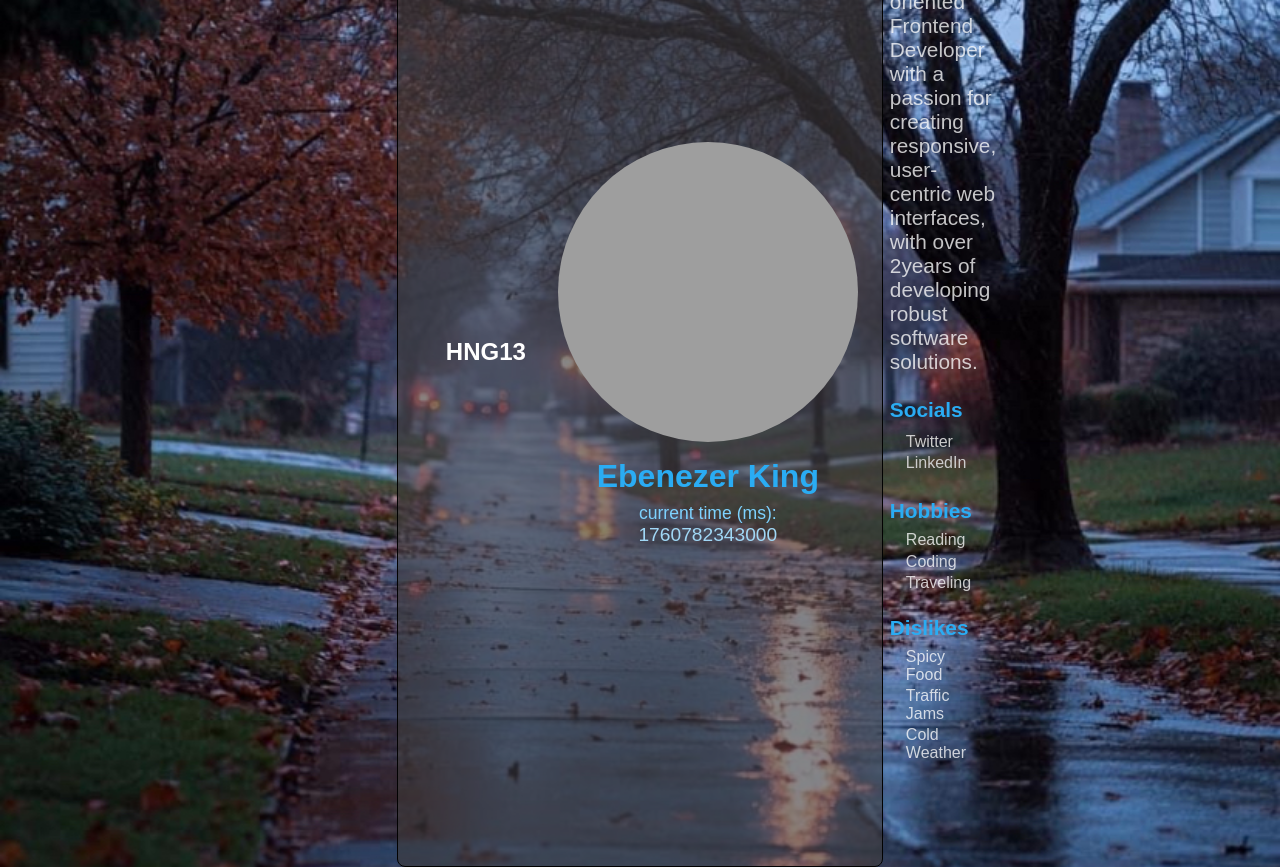
Repository: ebenezertiewei/profileCard
Page: index.html
An editor plug-in stored every save of this project. The page is shown before and after a run of saves, followed by the edit.
The browser window is 1280 px wide. The pictures show the whole page.
Pictures or frames that could not be fetched are drawn as grey boxes.

Above is the page before, as saved 2025-10-18 12:13:08.

### index.html
<!DOCTYPE html>
<html lang="en">
	<head>
		<meta charset="UTF-8" />
		<meta name="viewport" content="width=device-width, initial-scale=1.0" />
		<title>Profile Card</title>
		<link rel="stylesheet" href="style.css" />
	</head>
	<body>
		<!--------------------------------- PROFILE CARD CONTAINER ---------------------------->
		<article data-testid="test-profile-card">
			<h1>HNG13</h1>
			<!---------------------------------- PROFILE HEADER ---------------------------->
			<section id="profileHeader" data-testid="test-profile-header">
				<figure>
					<img
						src="https://ca.slack-edge.com/T09AMR8A9C3-U09L73CQQ2K-7e805defcf15-512"
						alt="Profile Avatar"
						data-testid="test-user-avatar"
						id="profileAvatar"
					/>
					<!-- <figcaption>Ebenezer King</figcaption> -->
				</figure>
				<!----------- user name ----------->
				<h2 data-testid="test-user-name">Ebenezer King</h2>
				<!----------- current time----------->
				<span data-testid="test-user-time-header" class="time-header">
					current time (ms):
					<p data-testid="test-user-time"></p>
				</span>
			</section>
			<!---------------------------------- PROFILE DETAILS ---------------------------->
			<section id="profileDetails" data-testid="test-profile-details">
				<h3 data-testid="test-user-bio-header" class="bio-header">Bio</h3>
				<p data-testid="test-user-bio">
					A detail-oriented Frontend Developer with a passion for creating
					responsive, user-centric web interfaces, with over 2years of
					developing robust software solutions.
				</p>
				<!--------------------- social links ------------->
				<h3
					data-testid="test-user-social-links-header"
					class="social-links-header"
				>
					Socials
				</h3>
				<nav data-testid="test-user-social-links">
					<ul>
						<li>
							<a
								href="https://x.com/txch_king?s=11&t=o3w1r65yzU2hxbP-LDD1ug"
								target="_blank"
								rel="noopener noreferrer"
								data-testid="test-user-social-twitter"
							>
								Twitter
							</a>
						</li>
						<li>
							<a
								href="https://www.linkedin.com/in/ebenezer-t-093b21320/"
								target="_blank"
								rel="noopener noreferrer"
								data-testid="test-user-social-linkedin"
							>
								LinkedIn
							</a>
						</li>
					</ul>
				</nav>
				<!--------------------- hobbies ------------->
				<section data-testid="test-user-hobbies">
					<h3 data-testid="test-user-hobbies-header" class="hobbies-header">
						Hobbies
					</h3>
					<ul>
						<li>Reading</li>
						<li>Coding</li>
						<li>Traveling</li>
					</ul>
				</section>
				<!--------------------- dislikes ------------->
				<section data-testid="test-user-dislikes">
					<h3 data-testid="test-user-dislikes-header" class="dislikes-header">
						Dislikes
					</h3>
					<ul>
						<li>Spicy Food</li>
						<li>Traffic Jams</li>
						<li>Cold Weather</li>
					</ul>
				</section>
			</section>
		</article>

		<!-- javascript link -->
		<script src="script.js"></script>
	</body>
</html>

### style.css
/* ---------------------------------------------------------------- */
/*--------------- Project body general style ---------------*/
html {
	width: 100dvw;
	font-family: Arial, sans-serif;
	font-size: 1rem;
	font-weight: 400;
}
body {
	background-color: #605a5a;
	background-image: url("./assets/states.jpg");
	background-size: cover;
	background-position: center;
	background-repeat: no-repeat;
	/* height: 100%; */
	width: 100%;
}
* {
	padding: 0;
	margin: 0;
	border: 0;
	box-sizing: border-box;
	outline: none;
}

/*--------------------------MOBILE WORKFLOW---------------------*/
/*--------------profile card container -------------------*/
article[data-testid="test-profile-card"] {
	/* height: 100%; */
	width: 100%;
	padding: 3rem 1rem;
	background-color: rgba(61, 58, 58, 0.6);
	color: rgba(255, 255, 255, 0.761);
	display: flex;
	flex-direction: column;
	align-items: center;
	border: 1px solid #020202;
	border-radius: 8px;
	box-shadow: 0 2px 4px rgba(0, 0, 0, 0.1);
}

h1 {
	color: #fff;
	text-align: center;
	margin-bottom: 1rem;
}

/*-------------  PROFILE HEADER  -------------*/
#profileHeader {
	width: 100%;
	display: flex;
	flex-direction: column;
	padding: 1rem 0;
	/* background-color: orange; */
}
#profileHeader figure {
	display: flex;
	flex-direction: column;
	align-items: center;
	margin-bottom: 0.5rem;
}
/*------------- profile header image -------------*/
#profileHeader img {
	border-radius: 50%;
	width: 300px;
	height: 300px;
	object-fit: cover;
}
#avatarUpload::file-selector-button {
	background-color: rgba(61, 58, 58, 0.6);
	color: #a8a8a8;
	padding: 0.5rem 1rem;
	border: 1px solid #555555;
	border-radius: 6px;
	cursor: pointer;
	font-size: 0.9rem;
	transition: background 0.3s;
}
#avatarUpload::file-selector-button:hover {
	background-color: #45a049;
	color: black;
}
#avatarUpload {
	color: #a8a8a8;
}
#avatarUrl::placeholder {
	background-color: rgb(61, 58, 58);
	color: #a8a8a8;
}
#avatarUrl {
	/* color: #ccc; */
	padding: 0.5rem;
	background-color: rgb(61, 58, 58);
	border: 1px solid #555555;
	border-radius: 6px;
}
/*--------------profile name --------------*/
#profileHeader h2 {
	display: flex;
	justify-content: center;
	margin: 0.5rem 0;
	font-size: 2rem;
	font-weight: 600;
	color: #2aacf3;
}
/*-------------- current time --------------*/
#profileHeader span[data-testid="test-user-time-header"] {
	display: flex;
	flex-direction: column;
	justify-content: center;
	align-items: center;
	font-size: 1.1rem;
	margin-bottom: 1rem;
	color: #7ed2ff;
}
#profileHeader p[data-testid="test-user-time"] {
	margin-bottom: 1rem;
	font-size: 1.2rem;
	color: #a1d8f6;
}
/*--------------  PROFILE DETAILS  --------------*/
.bio-header {
	display: flex;
	flex-direction: column;
	justify-content: start;
	margin-bottom: 0.5rem;
	font-size: 1.3rem;
	color: #2aacf3;
}
#profileDetails p[data-testid="test-user-bio"] {
	font-size: 1.3rem;
	margin-bottom: 1.5rem;
}
/* ------------------ social links --------------- */
.social-links-header {
	display: flex;
	flex-direction: column;
	justify-content: start;
	margin-bottom: 0.5rem;
	font-size: 1.3rem;
	color: #2aacf3;
}
#profileDetails nav[data-testid="test-user-social-links"] {
	display: flex;
	flex-direction: column;
	justify-content: start;
	margin-bottom: 1.5rem;
}
#profileDetails nav[data-testid="test-user-social-links"] ul {
	list-style: none;
}
#profileDetails nav[data-testid="test-user-social-links"] li {
	margin: 0.2rem 1rem;
}
#profileDetails nav[data-testid="test-user-social-links"] a {
	color: #ccc;
	text-decoration: none;
}
#profileDetails nav[data-testid="test-user-social-links"] a:hover {
	text-decoration: underline;
}
/* ------------------ hobbies --------------- */
.hobbies-header {
	display: flex;
	flex-direction: column;
	justify-content: start;
	margin-bottom: 0.5rem;
	font-size: 1.3rem;
	color: #2aacf3;
}
#profileDetails section[data-testid="test-user-hobbies"] ul {
	list-style: none;
	margin-bottom: 1.5rem;
}
#profileDetails section[data-testid="test-user-hobbies"] li {
	margin: 0.2rem 1rem;
}
/* ------------------ dislikes --------------- */
.dislikes-header {
	display: flex;
	flex-direction: column;
	justify-content: start;
	margin-bottom: 0.5rem;
	font-size: 1.3rem;
	color: #2aacf3;
}
#profileDetails section[data-testid="test-user-dislikes"] ul {
	list-style: none;
	margin-bottom: 1.5rem;
}
#profileDetails section[data-testid="test-user-dislikes"] li {
	margin: 0.2rem 1rem;
}

/* ---------------------------------- MEDIA QUERY ------------------------------- */
/* ------------------- tablet ------------------- */
@media (min-width: 768px) {
	html {
		height: 100dvh;
	}
	body {
		height: 100%;
		display: flex;
		justify-content: center;
		align-items: center;
		padding: 0 2rem;
	}
	article[data-testid="test-profile-card"] {
		display: flex;
		flex-direction: row;
		width: 100%;
		gap: 2rem;
	}
}
/* ------------------- desktop ------------------- */
@media (min-width: 1024px) {
	article[data-testid="test-profile-card"] {
		width: 40%;
		padding: 5rem 3rem;
	}
}

### script.js
// --------------------------------------------------------------------------
// ------------------- current time in milliseconds ----------
window.addEventListener("DOMContentLoaded", () => {
	const timeElement = document.querySelector('[data-testid="test-user-time"]');

	function updateTime() {
		const currentTime = Date.now();
		timeElement.textContent = currentTime;
	}

	updateTime();
	setInterval(updateTime, 100);
});

After the next 2 saves:
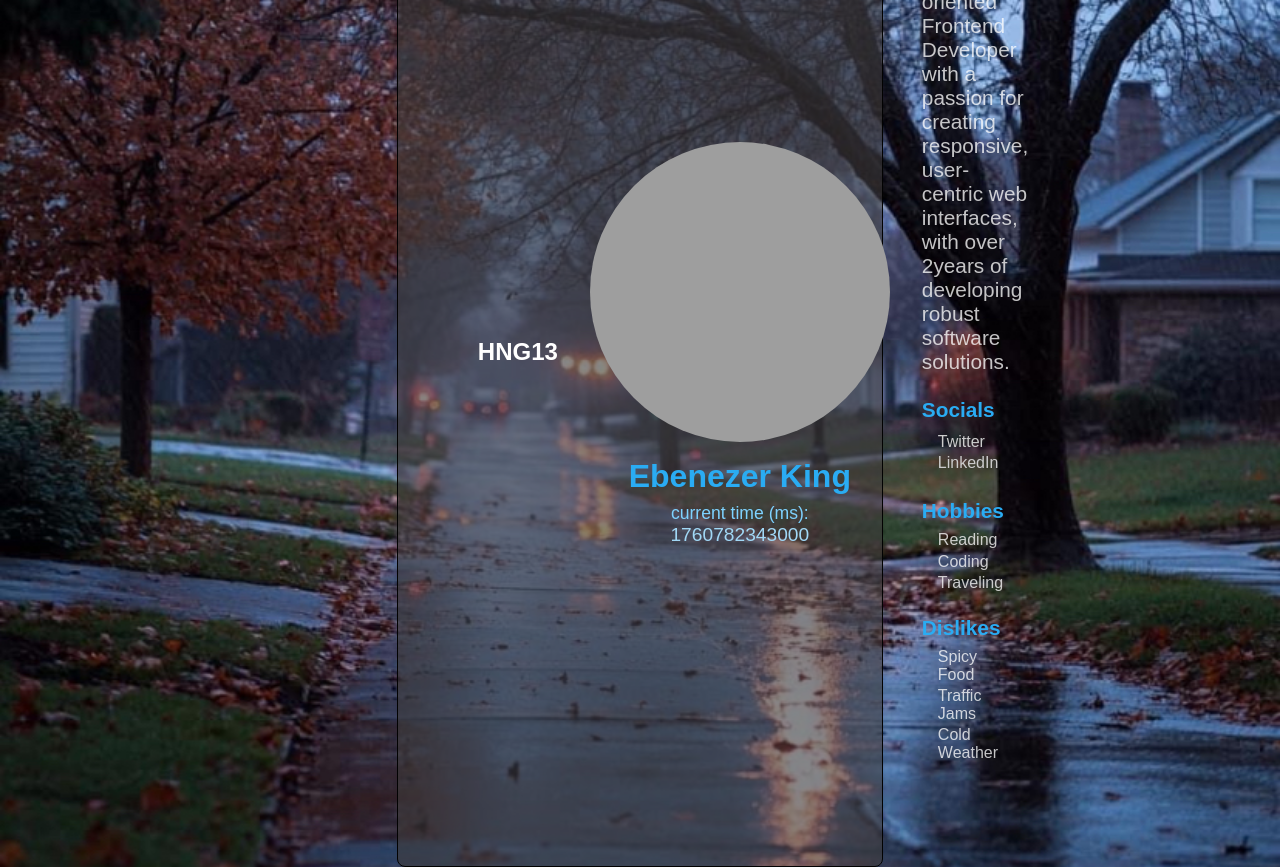
The 2 saves are shown as one change because they came seconds apart.
The last was saved 11 min 3 s later.
--- a/index.html
+++ b/index.html
@@ -9,6 +9,7 @@
 	<body>
 		<!--------------------------------- PROFILE CARD CONTAINER ---------------------------->
 		<article data-testid="test-profile-card">
+			<header></header>
 			<h1>HNG13</h1>
 			<!---------------------------------- PROFILE HEADER ---------------------------->
 			<section id="profileHeader" data-testid="test-profile-header">

After the 3 saves that followed:
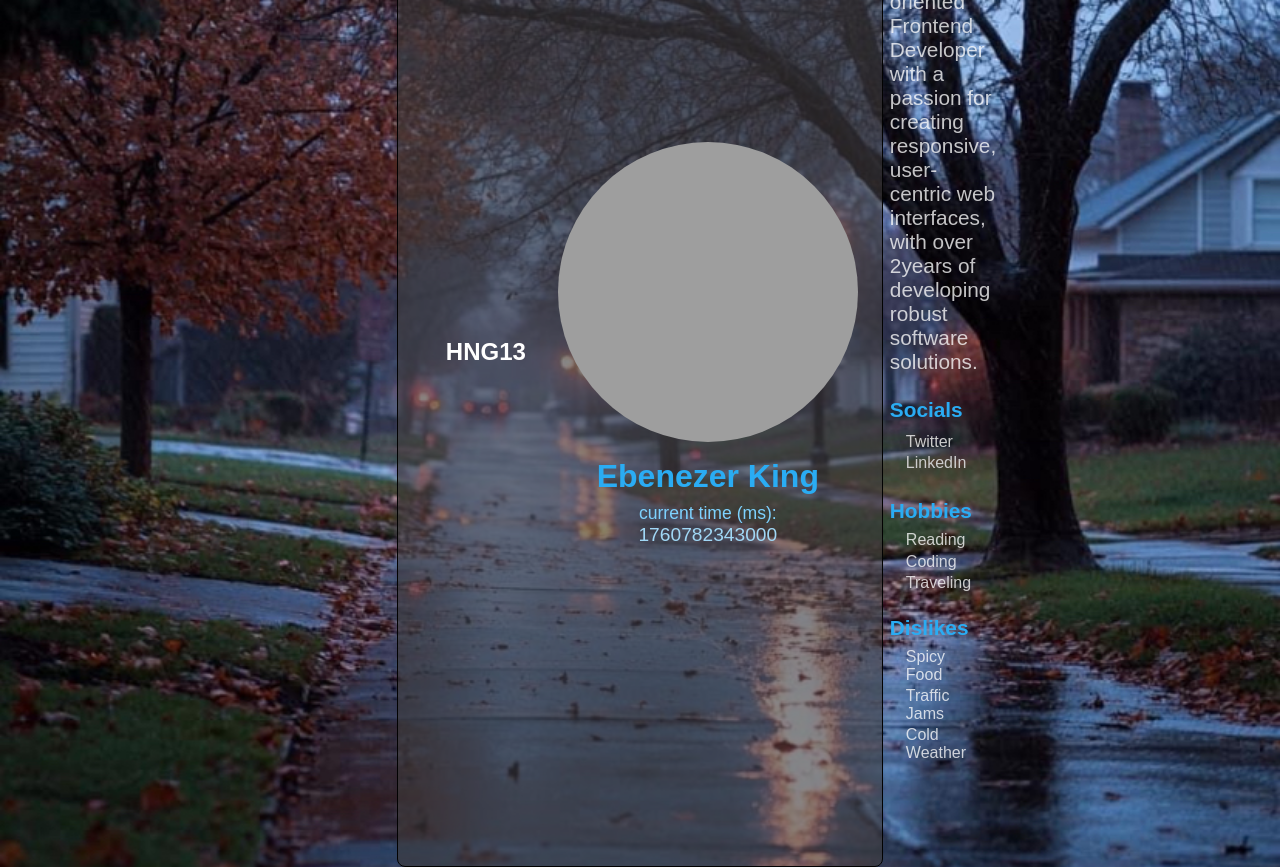
The 3 saves are shown as one change because 1 left the picture as it was and some came seconds apart.
The last was saved 20 s later.
--- a/index.html
+++ b/index.html
@@ -9,8 +9,10 @@
 	<body>
 		<!--------------------------------- PROFILE CARD CONTAINER ---------------------------->
 		<article data-testid="test-profile-card">
-			<header></header>
+			<header>
 			<h1>HNG13</h1>
+
+			</header>
 			<!---------------------------------- PROFILE HEADER ---------------------------->
 			<section id="profileHeader" data-testid="test-profile-header">
 				<figure>
